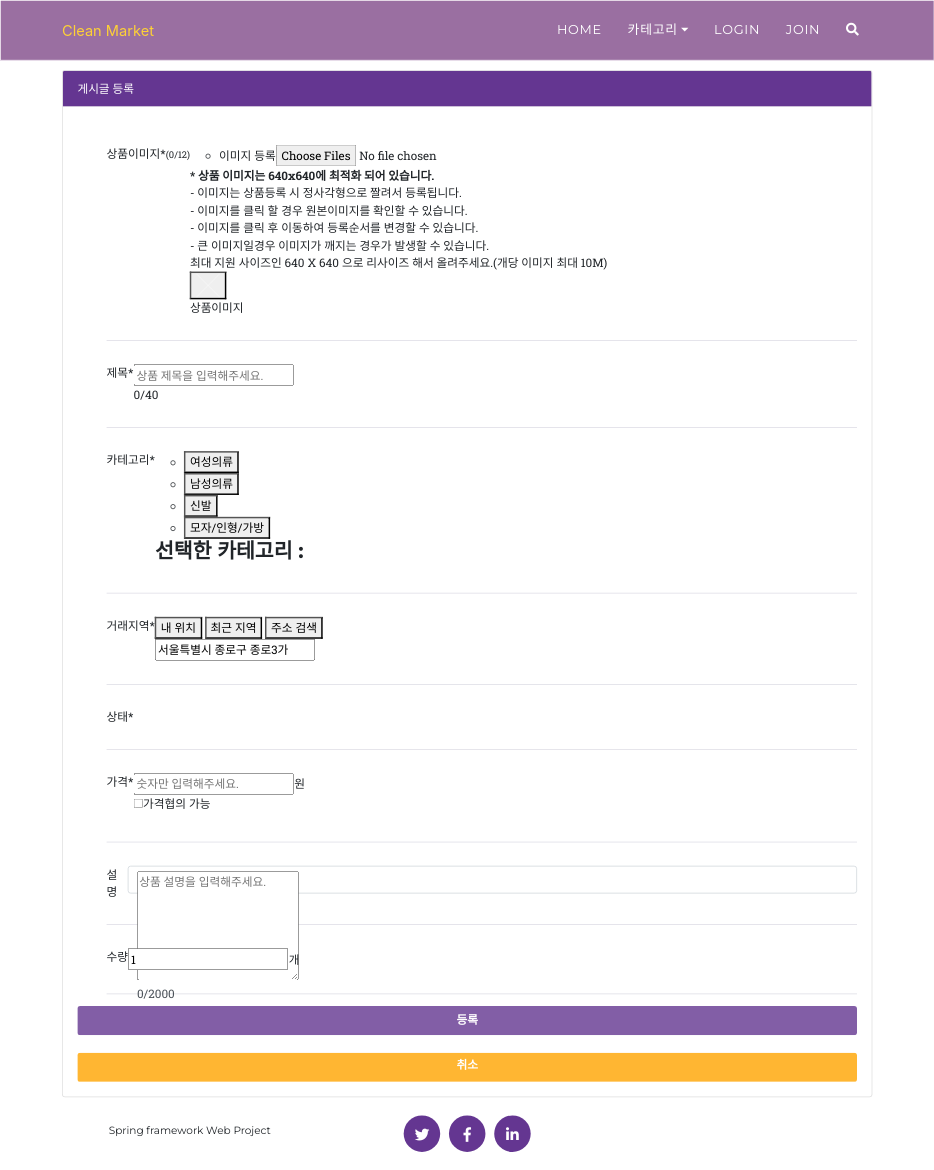
Repository: mim-mim-ji/Cleanmarket_web
Page: http://localhost/CleanMarket/WEB-INF/views/item/write.jsp
An editor plug-in stored every save of this project. The page is shown before and after the next save, followed by the edit.
The browser window is 1280 px wide. The pictures show the whole page, at 73% of full size.
Some web fonts or font styles are not loaded; a fallback is used. The page is served by Tomcat 9. Nobody is signed in. Other server files are loaded and not shown. The template is opened directly, without the code that normally fills it, so the values that code supplies are empty.

Above is the page before, as saved 2021-03-21 01:50:33.

### CleanMarket/src/main/webapp/WEB-INF/views/item/write.jsp
<%@ page language="java" contentType="text/html; charset=UTF-8"
	pageEncoding="UTF-8"%>
<%@ taglib prefix="c" uri="http://java.sun.com/jsp/jstl/core"%>
<%@ taglib prefix="fmt" uri="http://java.sun.com/jsp/jstl/fmt"%>
<jsp:include page="../include/header.jsp" />

<style>
header.masthead {
	display: none;
}

.bphXry {
	width: 100%;
	display: flex;
	padding: 2rem 0px;
	border-bottom: 1px solid rgb(220, 219, 228);
}
</style>
<br>
<br>

<div class="container">
	<div class="row">
		<div class="col-lg-12">
			<div class="card">
				<div class="card-header text-white"
					style="background-color: #643691;">게시글 등록</div>
				<div class="card-body">

					<form role="form" method="post">
						<ul class="form-group">
							<li class="sc-gxbSSY bphXry">
								<div class="form-group">
									상품이미지<span>*</span><small>(0/12)</small>
								</div>
								<div class="sc-hhaNoI buTCOV">
									<ul class="sc-gKLXLV KuQhq">
										<li class="sc-bvCTgw erFeQZ">이미지 등록<input type="file"
											accept="image/jpg, image/jpeg, image/png" multiple=""></li>

									</ul>
									<div class="sc-fjdPjP iozzGC">
										<b>* 상품 이미지는 640x640에 최적화 되어 있습니다.</b><br>- 이미지는 상품등록 시
										정사각형으로 짤려서 등록됩니다.<br>- 이미지를 클릭 할 경우 원본이미지를 확인할 수 있습니다.<br>-
										이미지를 클릭 후 이동하여 등록순서를 변경할 수 있습니다.<br>- 큰 이미지일경우 이미지가 깨지는
										경우가 발생할 수 있습니다.<br>최대 지원 사이즈인 640 X 640 으로 리사이즈 해서
										올려주세요.(개당 이미지 최대 10M)
									</div>
									<div class="sc-cIShpX RfNBn">
										<div class="sc-kAKrxA YsblG">
											<button type="button" class="sc-lhLRcH fHQqnG">
												<img
													src="data:[embedded picture, 982 characters]"
													width="34" height="32" alt="닫기 버튼 아이콘">
											</button>
											<div class="sc-jMtzgO hudRNW">
												<div class="sc-ccvjgv bGmXLy">상품이미지</div>
												<div class="sc-ccbnFN fgfXKY"></div>
												<div class="sc-hSmEHG iwDjAi"></div>
											</div>
										</div>
									</div>
								</div>
							</li>
							<li class="sc-gxbSSY bphXry"><div class="sc-bXopBW gxnpCB">
									제목<span>*</span>
								</div>
								<div class="sc-hhaNoI buTCOV">
									<div class="sc-hokXgN hcrSpf">
										<div class="sc-gneEKw dBgbVT">
											<input type="text" placeholder="상품 제목을 입력해주세요."
												class="sc-fxmata iPXQwc" value="">
										</div>
										<div class="sc-boCWhm hBajsm">0/40</div>
									</div>
								</div></li>
							<li class="sc-gxbSSY bphXry"><div class="sc-bXopBW DTAYM">
									카테고리<span>*</span>
								</div>
								<div class="sc-hhaNoI buTCOV">
									<div class="sc-hXhGGG XXBMH">
										<div class="sc-hTQSVH fXYJYf">
											<ul class="sc-dWcDbm hRPYLZ">
												<li class="sc-esExBO bmEHfy"><button type="button"
														class="sc-ctwKVn dPmldx">여성의류</button></li>
												<li class="sc-esExBO bmEHfy"><button type="button"
														class="sc-ctwKVn dPmldx">남성의류</button></li>
												<li class="sc-esExBO bmEHfy"><button type="button"
														class="sc-ctwKVn dPmldx">신발</button></li>
												<li class="sc-esExBO bmEHfy"><button type="button"
														class="sc-ctwKVn dPmldx">모자/인형/가방</button></li>
											</ul>
										</div>
									</div>
									<h3 class="sc-csZoYU ljyWET">
										선택한 카테고리 : <b></b>
									</h3>
								</div></li>
							<li class="sc-gxbSSY bphXry"><div class="sc-bXopBW gxnpCB">
									거래지역<span>*</span>
								</div>
								<div class="sc-hhaNoI buTCOV">
									<div class="sc-cIsjWt etcNyM">
										<button type="button" class="sc-hQfrgq hHQBYf">내 위치</button>
										<button type="button" class="sc-hQfrgq hHQBYf">최근 지역</button>
										<button type="button" class="sc-hQfrgq hHQBYf">주소 검색</button>
									</div>
									<input readonly="" placeholder="선호 거래 지역을 검색해주세요."
										class="sc-OnmeF jNsyep" value="서울특별시 종로구 종로3가">
								</div></li>
							<li class="sc-gxbSSY bphXry"><div class="sc-bXopBW drMtcr">
									상태<span>*</span>
								</div>
							<li class="sc-gxbSSY bphXry"><div class="sc-bXopBW gxnpCB">
									가격<span>*</span>
								</div>
								<div class="sc-hhaNoI buTCOV">
									<div class="sc-fxMfqs hGKuJO">
										<input type="text" placeholder="숫자만 입력해주세요."
											class="sc-rzOft lfkNaQ" value="">원
									</div>
									<div class="sc-eIvgmF fxEngV">
										<div class="sc-jklikK htQzEY">
											<label for="contactHope" class="sc-bkypNX gHNpNK"><input
												id="contactHope" type="checkbox">가격협의 가능</label>
										</div>
									</div>
								</div></li>
							<li class="sc-gxbSSY bphXry"><div class="sc-bXopBW edUXQu">설명</div>
								<div class="form-control">
									<textarea placeholder="상품 설명을 입력해주세요." rows="6"
										class="sc-izfUZz eEjZnV"></textarea>
									<div class="sc-eqGige gTqRab">
										<div class="sc-kUQWMX giYAKW">0/2000</div>
									</div>
								</div></li>

							<li class="sc-gxbSSY bphXry"><div class="sc-bXopBW drMtcr">수량</div>
								<div class="sc-hhaNoI buTCOV">
									<div class="sc-bCQtTp iMJgK">
										<input type="text" class="sc-dcmekm efHtaL" value="1">개
									</div>
								</div></li>
						</ul>
						<input type="submit" value="등록" class="btn form-control"
							style="background-color: #643691; margin-top: 0; height: 40px; color: white; border: 0px solid #f78f24; opacity: 0.8">
						&nbsp;&nbsp; <a class="btn form-control"
							href="<c:url value='/board/list'/>"
							style="cursor: pointer; margin-top: 0; height: 40px; color: white; background-color: orange; border: 0px solid #388E3C; opacity: 0.8">취소</a>
					</form>
				</div>
			</div>
		</div>
	</div>
</div>
<jsp:include page="../include/footer.jsp" />

### CleanMarket/src/main/webapp/WEB-INF/views/include/header.jsp
<%@ page language="java" contentType="text/html; charset=UTF-8"
	pageEncoding="UTF-8"%>
<%@ taglib prefix="c" uri="http://java.sun.com/jsp/jstl/core"%>
<!DOCTYPE html>
<html lang="ko">
<head>

<meta charset="UTF-8">
<meta content="width=device-width, initial-scale=1.0" name="viewport">
<meta content="" name="description">
<meta content="" name="keywords">

<title>CleanMarket</title>


<!-- Bootstrap core CSS -->
  <link rel="stylesheet" href="<c:url value='/vendor/bootstrap/css/bootstrap.min.css'/>">

  <!-- Custom fonts for this template -->
  <link rel="stylesheet" type="text/css" href="<c:url value='/vendor/fontawesome-free/css/all.min.css'/>" >
  <link href="https://fonts.googleapis.com/css?family=Montserrat:400,700" rel="stylesheet" type="text/css">
  <link href='https://fonts.googleapis.com/css?family=Kaushan+Script' rel='stylesheet' type='text/css'>
  <link href='https://fonts.googleapis.com/css?family=Droid+Serif:400,700,400italic,700italic' rel='stylesheet' type='text/css'>
  <link href='https://fonts.googleapis.com/css?family=Roboto+Slab:400,100,300,700' rel='stylesheet' type='text/css'>

  <!-- Custom styles for this template -->
  <link rel="stylesheet" href="<c:url value='/css/agency.min.css'/>" >

  <!-- Bootstrap core JavaScript -->
  <script src="<c:url value='/vendor/jquery/jquery.min.js'/>"></script>
  <script src="<c:url value='/vendor/bootstrap/js/bootstrap.bundle.min.js'/>"></script>


  <!-- Plugin JavaScript -->
  <script src="<c:url value='/vendor/jquery-easing/jquery.easing.min.js'/>"></script>
  <script type="text/javascript" src="https://cdn.jsdelivr.net/jquery.validation/1.16.0/jquery.validate.min.js"></script>

  <!-- Contact form JavaScript -->
  <script src="<c:url value='/js/jqBootstrapValidation.js'/>"></script>

</head>

<body id="page-top">


	<!-- Navigation -->
  <nav class="navbar navbar-expand-lg navbar-light fixed-top" id="mainNav">
    <div class="container">
      <a class="navbar-brand" href="/cleanmarket">
      	Clean Market
      </a>
      <button class="navbar-toggler navbar-toggler-right" type="button" data-toggle="collapse" data-target="#navbarResponsive">
        메뉴
        <i class="fas fa-bars"></i>
      </button>

      <div class="collapse navbar-collapse" id="navbarResponsive">
        <ul class="navbar-nav text-uppercase ml-auto">
          <li class="nav-item">
            <a class="nav-link js-scroll-trigger" href="/cleanmarket">HOME</a>
          </li>

          <li class="nav-item dropdown">
            <a class="nav-link js-scroll-trigger dropdown-toggle"  data-toggle="dropdown">카테고리</a>
            <div class="dropdown-menu" id="category-select">
		        <input type="button"  name="category" value="여성의류" class="dropdown-item dropdown-toggle" data-toggle="dropdown">

		        <input type="button"  name="category" value="남성의류" class="dropdown-item dropdown-toggle" data-toggle="dropdown">

		        <input type="button"  name="category" value="신발" class="dropdown-item dropdown-toggle" data-toggle="dropdown">

		        <input type="button"  name="category" value="모자/인형/가방" class="dropdown-item dropdown-toggle" data-toggle="dropdown">

		    </div>
          </li>
          <c:if test="${login == null}" >
          	<li class="nav-item">
            	<a class="nav-link js-scroll-trigger" href="<c:url value='/login' />">LOGIN</a>
         	</li>
          </c:if>
          <c:if test="${login == null}" >
          	<li class="nav-item">
            	<a class="nav-link js-scroll-trigger" href="<c:url value='/join_type_select' />">JOIN</a>
          	</li>
          </c:if>
          <c:if test="${login != null}" >
	          <li class="nav-item">
	            <a class="nav-link js-scroll-trigger" href="<c:url value='/mypage'/>">MYPAGE</a>
	          </li>
	          <li class="nav-item">
	            <a class="nav-link js-scroll-trigger" href="/cleanmarket/logout" onclick="return confirm('로그아웃 하시겠습니까?')">LOGOUT</a>
	          </li>
	          <li class="nav-item">
	            <a class="nav-link js-scroll-trigger" href="#">NOTICE</a>
	          </li>
	          <li class="nav-item">
          </c:if>
          <li class="nav-item">
            <a class="nav-link js-scroll-trigger" data-toggle="modal" data-target="#search"><i class="fas fa-search"></i></a>
          </li>

        </ul>
      </div>
    </div>
  </nav><br><br>

  <script>
  		$(function() {

  			//카테고리 버튼 눌렀을 때 처리
  			$("#category-select .dropdown-toggle").click(function() {
  				let category = $(this).val();
  				location.href="/cleanmarket/item/category?category=" + category;
  			});
		})

  </script>

  <%@ include file="../include/search_modal.jsp" %>

### CleanMarket/src/main/webapp/WEB-INF/views/include/search_modal.jsp
<%@ page language="java" contentType="text/html; charset=UTF-8"
	pageEncoding="UTF-8"%>
<%@ taglib prefix="c" uri="http://java.sun.com/jsp/jstl/core"%>
<%@ taglib prefix="fmt" uri="http://java.sun.com/jsp/jstl/fmt"%>

<!-- 검색 Modal-->
<div class="modal fade" id="search">
	<div class="modal-dialog">
		<div class="modal-content" >
			<form action="<c:url value='/search' />">
				<input type="text" name="keyword" placeholder="검색어를 입력하세요"
				style="width: 90%; padding-left: 10px; height: 50px"> &nbsp;
				<button type="submit" style="background: transparent; border: none">
					<i class="fas fa-search" id="search-btn" style="height: 30px; color: green; "></i>
				</button>
			</form>
		</div>
	</div>
</div>

### CleanMarket/src/main/webapp/WEB-INF/views/include/footer.jsp
<%@ page language="java" contentType="text/html; charset=UTF-8"
	pageEncoding="UTF-8"%>
<!-- Footer -->
  <footer>
    <div class="container">
      <div class="row">
        <div class="col-md-4">
          <span class="copyright">Spring framework Web Project</span>
        </div>
        <div class="col-md-4">
          <ul class="list-inline social-buttons">
            <li class="list-inline-item">
              <a href="#" style="background-color: #643691;">
                <i class="fab fa-twitter"></i>
              </a>
            </li>
            <li class="list-inline-item">
              <a href="#" style="background-color: #643691;">
                <i class="fab fa-facebook-f"></i>
              </a>
            </li>
            <li class="list-inline-item">
              <a href="#" style="background-color: #643691;">
                <i class="fab fa-linkedin-in"></i>
              </a>
            </li>
          </ul>
        </div>
      </div>
    </div>
  </footer>

<a href="#" class="back-to-top"><i class="icofont-simple-up"></i></a>

</body>
</html>

Loaded but not shown: CleanMarket/src/main/webapp/resources/css/agency.min.css (library); CleanMarket/src/main/webapp/resources/js/jqBootstrapValidation.js (937 lines, source omitted)

After the next save:
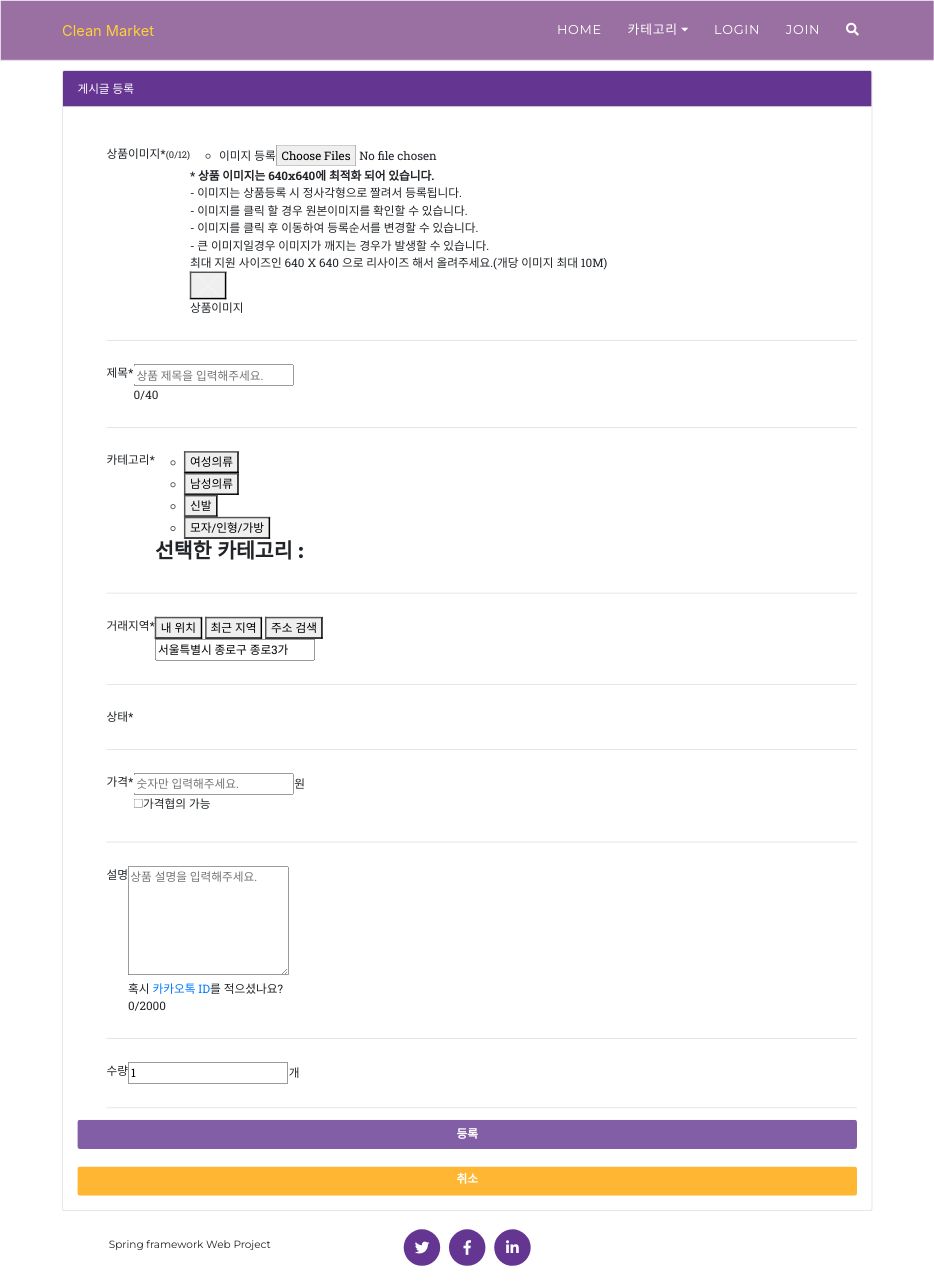
Saved 37 s later.
--- a/CleanMarket/src/main/webapp/WEB-INF/views/item/write.jsp
+++ b/CleanMarket/src/main/webapp/WEB-INF/views/item/write.jsp
@@ -30,7 +30,7 @@ header.masthead {
 					<form role="form" method="post">
 						<ul class="form-group">
 							<li class="sc-gxbSSY bphXry">
-								<div class="form-group">
+								<div class="">
 									상품이미지<span>*</span><small>(0/12)</small>
 								</div>
 								<div class="sc-hhaNoI buTCOV">
@@ -127,10 +127,13 @@ header.masthead {
 									</div>
 								</div></li>
 							<li class="sc-gxbSSY bphXry"><div class="sc-bXopBW edUXQu">설명</div>
-								<div class="form-control">
+								<div class="sc-hhaNoI buTCOV">
 									<textarea placeholder="상품 설명을 입력해주세요." rows="6"
 										class="sc-izfUZz eEjZnV"></textarea>
 									<div class="sc-eqGige gTqRab">
+										<span>혹시 <a target="_blank"
+											href="/customer/notice?id=607">카카오톡 ID</a>를 적으셨나요?
+										</span>
 										<div class="sc-kUQWMX giYAKW">0/2000</div>
 									</div>
 								</div></li>
